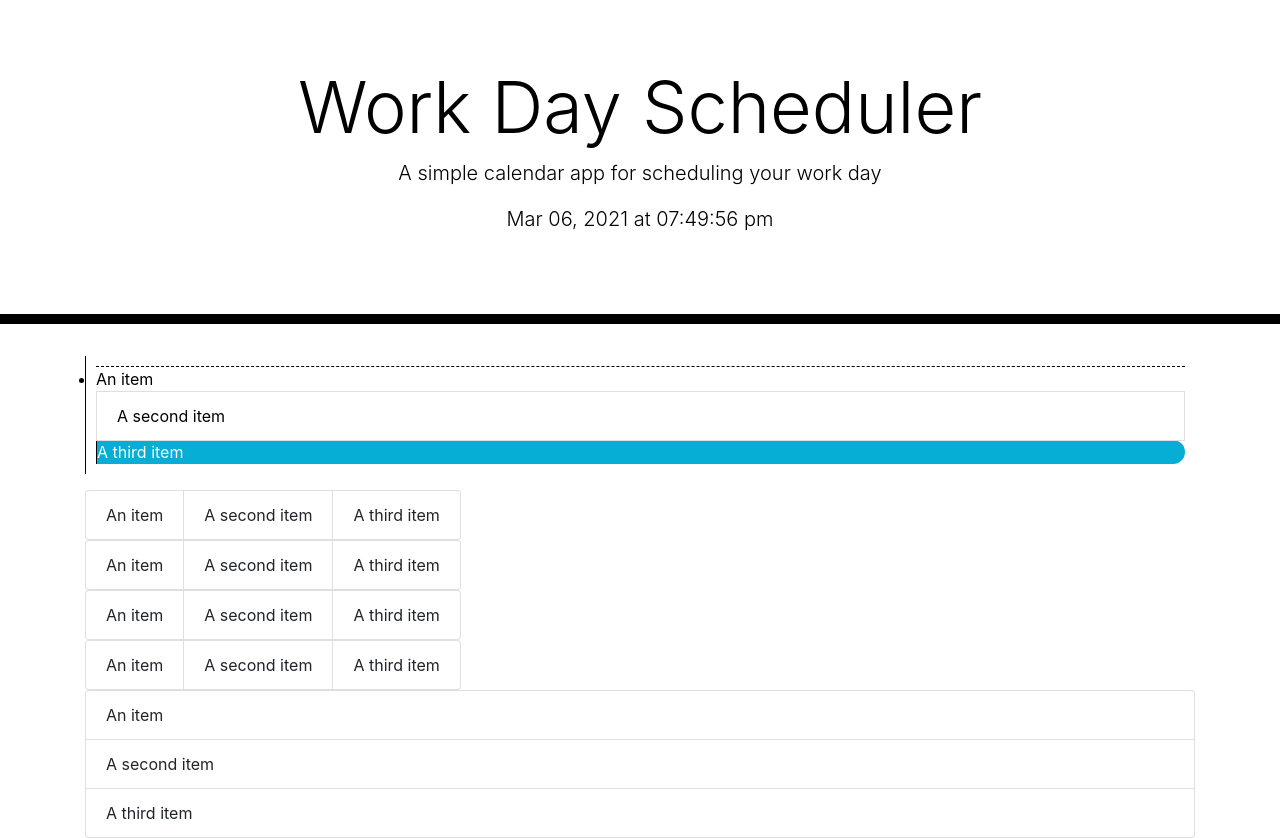
Repository: ziffoit/Work-Day_Scheduler
Page: Develop/index.html
An editor plug-in stored every save of this project. The page is shown before and after the next save, followed by the edit.
The browser window is 1280 px wide. The pictures show the whole page.
Some web libraries are served in a nearby version.

Above is the page before, as saved 2021-03-16 17:57:05.

### Develop/index.html
<!DOCTYPE html>
<html lang="en">
  <head>
    <meta charset="UTF-8" />
    <meta name="viewport" content="width=device-width, initial-scale=1.0" />
    <meta http-equiv="X-UA-Compatible" content="ie=edge" />
    <link
      rel="stylesheet"
      href="https://stackpath.bootstrapcdn.com/bootstrap/4.3.1/css/bootstrap.min.css"
    />
    <link
      rel="stylesheet"
      href="https://use.fontawesome.com/releases/v5.8.1/css/all.css"
      integrity="sha384-50oBUHEmvpQ+1lW4y57PTFmhCaXp0ML5d60M1M7uH2+nqUivzIebhndOJK28anvf"
      crossorigin="anonymous"
    />
    <link
      href="https://fonts.googleapis.com/css?family=Open+Sans&display=swap"
      rel="stylesheet"
    />
    <link rel="stylesheet" href="style.css" />
    <title>Work Day Scheduler</title>
  </head>

  <body>
    <header class="jumbotron">
      <h1 class="display-3">Work Day Scheduler</h1>
      <p class="lead">A simple calendar app for scheduling your work day</p>
      <p id="currentDay" class="lead"></p>
    </header>
    <div class="container">
      <ul class="textarea">
        <li class="hour">An item</li>
        <li class="list-group-item">A second item</li>
        <li class="saveBtn">A third item</li>
      </ul>
      <ul class="list-group list-group-horizontal-sm">
        <li class="list-group-item">An item</li>
        <li class="list-group-item">A second item</li>
        <li class="list-group-item">A third item</li>
      </ul>
      <ul class="list-group list-group-horizontal-md">
        <li class="list-group-item">An item</li>
        <li class="list-group-item">A second item</li>
        <li class="list-group-item">A third item</li>
      </ul>
      <ul class="list-group list-group-horizontal-lg">
        <li class="list-group-item">An item</li>
        <li class="list-group-item">A second item</li>
        <li class="list-group-item">A third item</li>
      </ul>
      <ul class="list-group list-group-horizontal-xl">
        <li class="list-group-item">An item</li>
        <li class="list-group-item">A second item</li>
        <li class="list-group-item">A third item</li>
      </ul>
      <ul class="list-group list-group-horizontal-xxl">
        <li class="list-group-item">An item</li>
        <li class="list-group-item">A second item</li>
        <li class="list-group-item">A third item</li>
      </ul>
      <!-- Timeblocks go here -->
    </div>

    <script src="https://cdnjs.cloudflare.com/ajax/libs/jquery/3.2.1/jquery.min.js"></script>
    <script src="https://cdnjs.cloudflare.com/ajax/libs/moment.js/2.24.0/moment.min.js"></script>
    <script src="script.js"></script>
  </body>
</html>

### Develop/style.css
hourbody {
  font-family: "Open Sans", sans-serif;
  font-size: 16px;
  line-height: 1;
}

.textarea {
  background: transparent;
  border: none;
  resize: none;
  color: #000000;
  border-left: 1px solid black;
  padding: 10px;
}

.jumbotron {
  text-align: center;
  background-color: transparent;
  color: black;
  border-radius: 0;
  border-bottom: 10px solid black;
}

.description {
  white-space: pre-wrap;
}

.time-block {
  text-align: center;
  border-radius: 15px;
}

.row {
  white-space: pre-wrap;
  height: 80px;
  border-top: 1px solid white;
}

.hour {
  background-color: #ffffff;
  color: #000000;
  border-top: 1px dashed #000000;
}

.past {
  background-color: #d3d3d3;
  color: white;
}

.present {
  background-color: #ff6961;
  color: white;
}

.future {
  background-color: #77dd77;
  color: white;
}

.saveBtn {
  border-left: 1px solid black;
  border-top-right-radius: 15px;
  border-bottom-right-radius: 15px;
  background-color: #06aed5;
  color: white;
}

.saveBtn i:hover {
  font-size: 20px;
  transition: all 0.3s ease-in-out;
}

### Develop/script.js
var currentDay = $('#currentDay')

function dateAndTime() {
    var rightNow = moment().format('MMM DD, YYYY [at] hh:mm:ss a');
    currentDay.text(rightNow);
  }

  setInterval(dateAndTime, 1000)

After the next save:
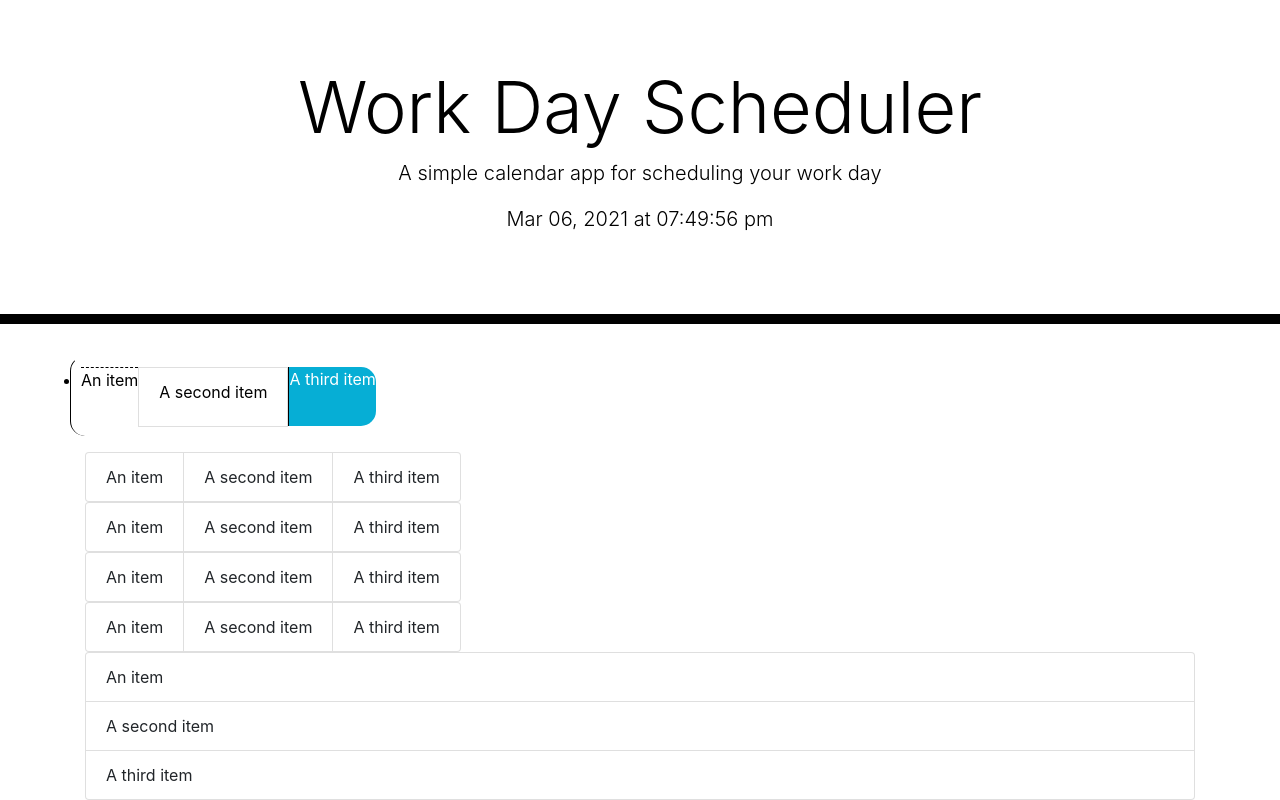
Saved 34 s later.
--- a/Develop/index.html
+++ b/Develop/index.html
@@ -29,7 +29,7 @@
       <p id="currentDay" class="lead"></p>
     </header>
     <div class="container">
-      <ul class="textarea">
+      <ul class="textarea description time-block row">
         <li class="hour">An item</li>
         <li class="list-group-item">A second item</li>
         <li class="saveBtn">A third item</li>
